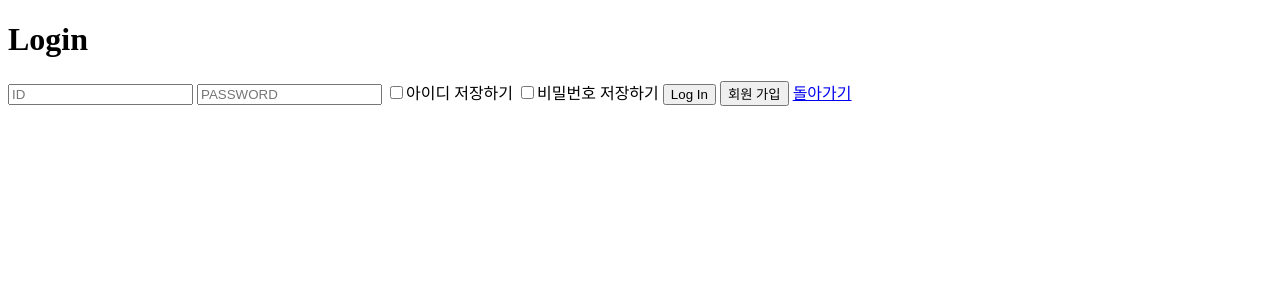
Repository: ExiNni/Travel-Project
Page: http://localhost/project_login/login.jsp
The author's editor kept a copy of each file at every save. The page is drawn from the files as they stood at one save, then again after the next save.
The browser window is 1280 px wide. The pictures show the whole page.
The page is served by Tomcat 9. Other server files are loaded and not shown.

Above is the page before, as saved 2023-11-08 02:19:08.

### project_login/src/main/webapp/login.jsp
<%@ page language="java" contentType="text/html; charset=EUC-KR"
    pageEncoding="EUC-KR"%>
<!DOCTYPE html>
<html>
<head>
<meta charset="EUC-KR">
<title>로그인</title>
<link rel="stylesheet" href="">
</head>
<body>
<form action = "LoginServlet" method="post">

	<header>
        <div class="total">
            <h1>Login</h1>
            <form action = "LoginServlet" method="post" id="login-form">
                <input type="text" id="user_id" placeholder="ID">
                <input type="password" id="user_pw" placeholder="PASSWORD">
                <input type="checkbox" id="check">아이디 저장하기
                <input type="checkbox" id="passCheck">비밀번호 저장하기
                <input type="submit" id="btn" value="Log In">
                <input type="button" onclick="location.href='#' " id="btn2" value="회원 가입" >
            </form>
            <a href="../메인페이지/mainPage.html" class="back">돌아가기</a>

        </div>
    </header>
</form>
</body>
</html>

After the next save:
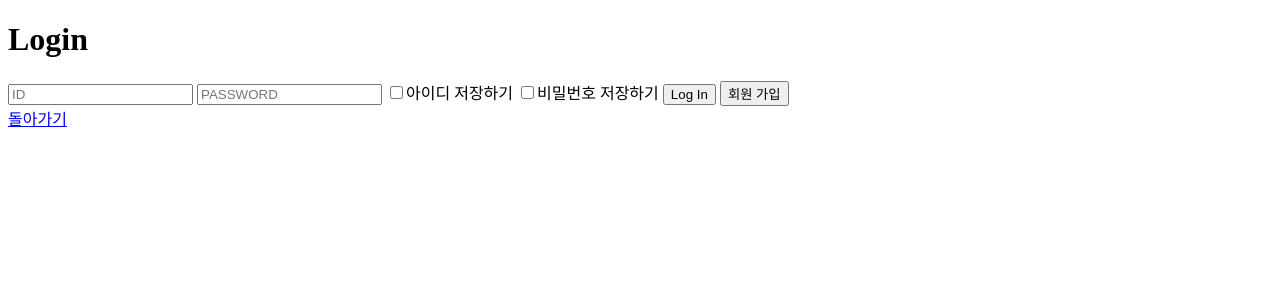
Saved 6 s later.
--- a/project_login/src/main/webapp/login.jsp
+++ b/project_login/src/main/webapp/login.jsp
@@ -8,7 +8,6 @@
 <link rel="stylesheet" href="">
 </head>
 <body>
-<form action = "LoginServlet" method="post">
 
 	<header>
         <div class="total">
@@ -25,6 +24,5 @@
 
         </div>
     </header>
-</form>
 </body>
 </html>
